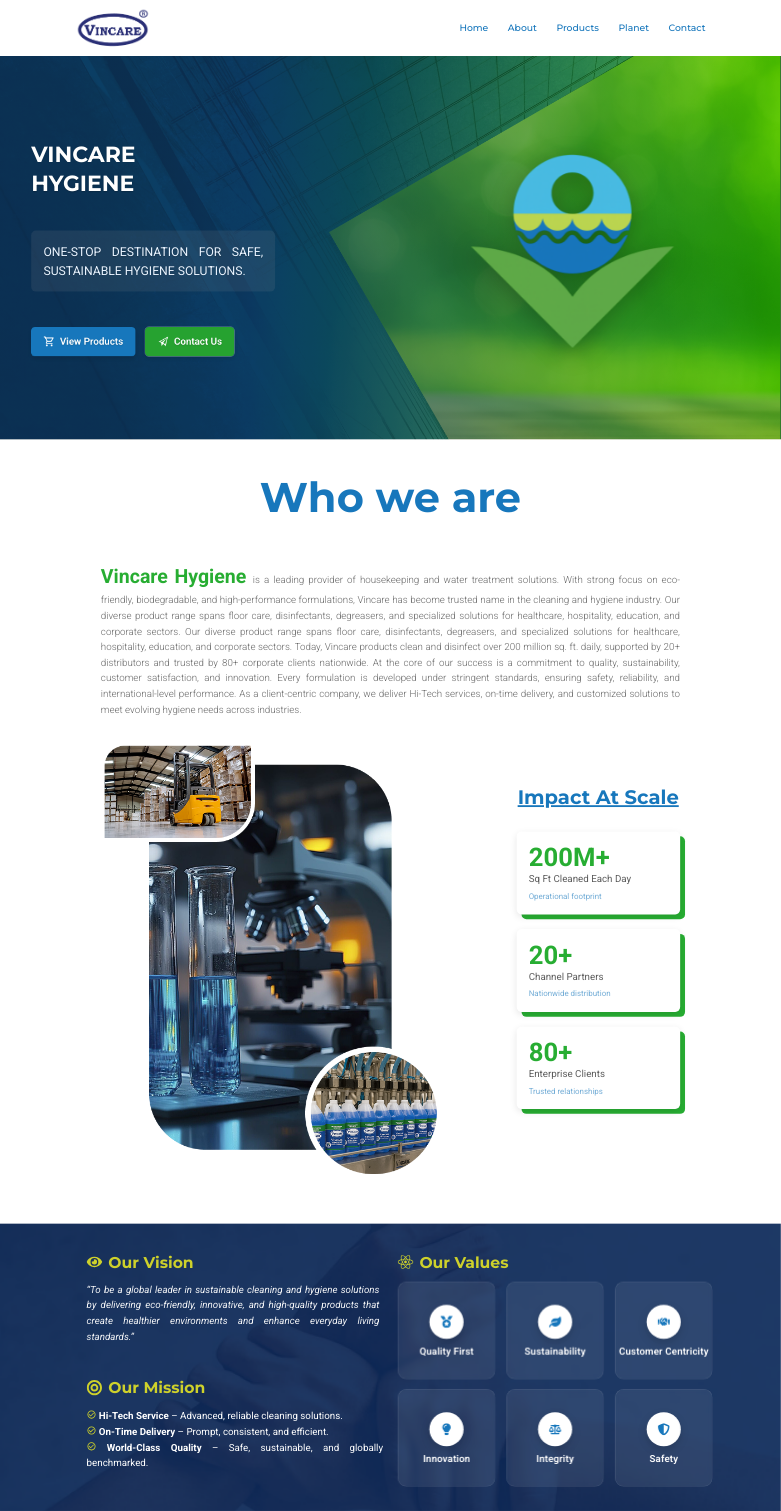
Repository: Yeshwanth-189/vincare
Page: / (app in vincare-frontend/)
These files come from the project's save history. The page is drawn as it stood at one moment and after the next save; the edit follows.
The browser window is 1280 px wide. The pictures show the whole page, at 61% of full size.
The project was rebuilt for these pictures with package versions that can differ from the ones it lists, and the page was loaded fresh each time. Also part of the build but not shown: vincare-frontend/vite.config.js.

Above is the page before, as saved 2025-09-20 18:52:40.

### vincare-frontend/index.html
<!DOCTYPE html>
<html lang="en">
  <head>
    <meta charset="UTF-8" />
    <link rel="preconnect" href="https://fonts.googleapis.com" />
    <link rel="preconnect" href="https://fonts.gstatic.com" crossorigin />
    <link rel="icon" type="image/svg+xml" href="/Vincare-Logo.png" />
    <link
      href="https://fonts.googleapis.com/css2?family=Lato:ital,wght@0,100;0,300;0,400;0,700;0,900;1,100;1,300;1,400;1,700;1,900&family=Montserrat:ital,wght@0,100..900;1,100..900&family=Roboto:ital,wght@0,100..900;1,100..900&display=swap"
      rel="stylesheet"
    />
    <meta name="viewport" content="width=device-width, initial-scale=1.0" />
    <title>Vincare Hygiene</title>
  </head>
  <body>
    <div id="root"></div>
    <script type="module" src="/src/main.jsx"></script>
  </body>
</html>

### vincare-frontend/src/App.jsx
import "./App.css";
import Vincare from "./components/Vincare";
import { BrowserRouter as Router, Routes, Route } from "react-router-dom";

function App() {
  return (
    <>
      <Router>
        <Routes>
          <Route path="/" element={<Vincare />} />
        </Routes>
      </Router>
    </>
  );
}

export default App;

### vincare-frontend/src/App.css
:root {
  /* Brand Colors */
  --color-primary: #1777bc; /* Dark Navy Blue */
  --color-secondary: rgb(39, 173, 50); /* Professional Light Blue */

  /* Backgrounds */
  --color-bg: #ffffff;
  --color-bg-light: #f5f5f5;

  /* Neutral Grays */
  --color-gray-dark: #333333;
  --color-gray-mid: #666666;
  --color-gray-light: #f5f5f5;

  /* Status Colors */
  --color-success: #2e7d32;
  --color-warning: #ed6c02;
  --color-error: #d32f2f;

  /* Typography */
  --font-heading: "Montserrat", serif;
  --font-body: "Roboto", sans-serif;

  /* Font Sizes (scalable for responsive design) */
  --text-h1: 2.5rem;
  --text-h2: 2rem;
  --text-h3: 1.5rem;
  --text-body: 1rem;
  --text-small: 0.875rem;

  /* Spacing (consistent padding/margin system) */
  --space-xs: 4px;
  --space-sm: 8px;
  --space-md: 16px;
  --space-lg: 24px;
  --space-xl: 32px;

  /* Border Radius */
  --radius-sm: 4px;
  --radius-md: 8px;
  --radius-lg: 16px;

  /* Shadows */
  --shadow-sm: 0 1px 2px rgba(0, 0, 0, 0.05);
  --shadow-md: 0 4px 6px rgba(0, 0, 0, 0.1);
  --shadow-lg: 0 10px 15px rgba(0, 0, 0, 0.15);
}

html,
body {
  margin: 0;
  padding: 0;
}
* {
  box-sizing: border-box;
}
/* Base Typography */
body {
  font-family: var(--font-body);
  font-size: var(--text-body);
  color: var(--color-gray-dark);
  background-color: var(--color-bg);
  margin: 0;
  padding: 0;
}

h1,
h2,
h3,
h4,
h5,
h6 {
  font-family: var(--font-heading);
  color: var(--color-primary);
  margin: 0 0 var(--space-md);
}

p {
  margin: 0 0 var(--space-md);
  color: var(--color-gray-mid);
}

### vincare-frontend/src/components/Vincare.jsx
import React from "react";
import NavBar from "../components/Navbar";
import Hero from "../components/Hero";
import About from "../components/About";
// import Services from "../components/Services";
// import Projects from "../components/Projects";
// import Courses from "../components/Courses";
// import Blogs from "../components/Blogs";
// import Contact from "../components/Contact";
// import Footer from "../components/Footer";

function Vincare() {
  return (
    <>
      <NavBar />
      <section id="home">
        <Hero />
      </section>
      <section id="about">
        <About />
      </section>
      {/* <section id="services">
        <Services />
      </section>
      <section id="courses">
        <Courses />
      </section>
      <section id="projects">
        <Projects />
      </section>
      <section id="blogs">
        <Blogs />
      </section>
      <section id="contact">
        <Contact />
      </section>
      <Footer /> */}
    </>
  );
}

export default Vincare;

### vincare-frontend/src/components/Navbar.jsx
import React, { useState } from "react";
import { Link as ScrollLink } from "react-scroll";
import "../styles/Navbar.css";
import VincareLogo from "../assets/Vincare-Logo.png";
import VincareWordLogo from "../assets/Vincare-Word-Logo.png";

function Navbar() {
  const [isOpen, setIsOpen] = useState(false);

  return (
    <nav className="navbar">
      <div className="navbar-grid">
        <div className="col-1" />

        <div className="col-2to11 navbar-content">
          <div className="navbar-logo">
            <img
              alt="logo"
              className="navbar-word-logo-image"
              src={VincareWordLogo}
            />
            <div className="hamburger" onClick={() => setIsOpen(!isOpen)}>
              <span className={isOpen ? "bar rotate-top" : "bar"}></span>
              <span className={isOpen ? "bar fade" : "bar"}></span>
              <span className={isOpen ? "bar rotate-bottom" : "bar"}></span>
            </div>
          </div>

          {/* Smooth Scrolling Links */}
          <div className={`navbar-links ${isOpen ? "open" : ""}`}>
            <ScrollLink
              to="home"
              smooth={true}
              duration={700}
              onClick={() => setIsOpen(false)}
            >
              Home
            </ScrollLink>
            <ScrollLink
              to="about"
              smooth={true}
              duration={700}
              onClick={() => setIsOpen(false)}
            >
              About
            </ScrollLink>
            <ScrollLink
              to="services"
              smooth={true}
              duration={700}
              onClick={() => setIsOpen(false)}
            >
              Products
            </ScrollLink>
            <ScrollLink
              to="courses"
              smooth={true}
              duration={700}
              onClick={() => setIsOpen(false)}
            >
              Planet
            </ScrollLink>
            <ScrollLink
              to="contact"
              smooth={true}
              duration={700}
              onClick={() => setIsOpen(false)}
            >
              Contact
            </ScrollLink>
          </div>
        </div>

        <div className="col-12" />
      </div>
    </nav>
  );
}

export default Navbar;

### vincare-frontend/src/components/About.jsx
/* eslint-disable no-unused-vars */
// src/components/WhoWeAreSection.jsx
import React, { useEffect, useRef, useState } from "react";
// eslint-disable-next-line no-unused-vars
import { motion, useInView } from "framer-motion";
import { FaEye } from "react-icons/fa";
import AboutBg from "../assets/About-bg-bg.png";
import "../styles/About.css";
import {
  FaBullseye,
  FaCogs,
  FaClock,
  FaAward,
  FaLeaf,
  FaHandshake,
  FaLightbulb,
  FaShieldAlt,
  FaMedal,
  FaBalanceScale,
  FaReact,
} from "react-icons/fa";
import { MdCheckCircleOutline } from "react-icons/md";
import BandBg from "../assets/hands.png";

/**
 * WhoWeAreSection
 * - 12‑column grid with 1 & 12 as gutters
 * - Heading centered with float‑up animation
 * - Left (cols 2‑7): Our Story + Vision block (image + text)
 * - Right (cols 8‑11): Three metric cards with 3D pop + count‑up
 *
 * Props (all optional):
 * - visionImg: string (image URL for the Vision block)
 */
export default function WhoWeAreSection({ storyImg = AboutBg }) {
  const rootRef = useRef(null);
  const inView = useInView(rootRef, { once: true, margin: "-80px" });

  // --- Count‑up hook
  const useCountUp = (
    target,
    opts = { duration: 1800, prefix: "", suffix: "" }
  ) => {
    // eslint-disable-next-line no-unused-vars
    const { duration, prefix, suffix } = opts;
    const [value, setValue] = useState(0);
    const started = useRef(false);
    const raf = useRef(0);

    const start = () => {
      if (started.current) return;
      started.current = true;
      const startTs = performance.now();
      const step = (now) => {
        const t = Math.min(1, (now - startTs) / duration);
        const eased = 1 - Math.pow(1 - t, 3); // easeOutCubic
        setValue(Math.floor(eased * target));
        if (t < 1) raf.current = requestAnimationFrame(step);
      };
      raf.current = requestAnimationFrame(step);
    };

    useEffect(() => () => cancelAnimationFrame(raf.current), []);

    return [value, start];
  };

  // Metrics
  const [sqft, startSqft] = useCountUp(200_000_000, { duration: 1800 });
  const [partners, startPartners] = useCountUp(20, { duration: 1200 });
  const [clients, startClients] = useCountUp(80, { duration: 1200 });

  useEffect(() => {
    if (inView) {
      startSqft();
      startPartners();
      startClients();
    }
  }, [inView]);

  // Format helpers
  const formatCompact = (n) => {
    if (n >= 1_000_000_000) return `${Math.round(n / 1_000_000_000)}B`;
    if (n >= 1_000_000) return `${Math.round(n / 1_000_000)}M`;
    if (n >= 1_000) return `${Math.round(n / 1_000)}K`;
    return `${n}`;
  };

  const values = [
    { icon: FaMedal, label: "Quality First" },
    { icon: FaLeaf, label: "Sustainability" },
    { icon: FaHandshake, label: "Customer Centricity" },
    { icon: FaLightbulb, label: "Innovation" },
    { icon: FaBalanceScale, label: "Integrity" },
    { icon: FaShieldAlt, label: "Safety" },
  ];

  return (
    <>
      <section className="who grid-12" ref={rootRef}>
        {/* Centered heading */}
        <motion.h2
          className="who__title"
          initial={{ y: 24, opacity: 0 }}
          animate={inView ? { y: 0, opacity: 1 } : {}}
          transition={{ type: "spring", stiffness: 110, damping: 14 }}
        >
          Who we are
        </motion.h2>

        <motion.p
          className="who__intro"
          initial={{ y: 20, opacity: 0 }}
          whileInView={{ y: 0, opacity: 1 }}
          viewport={{ once: true }}
          transition={{ type: "spring", stiffness: 100, damping: 16 }}
        >
          <span className="who__highlight">Vincare Hygiene</span> is a leading
          provider of housekeeping and water treatment solutions. With strong
          focus on eco-friendly, biodegradable, and high-performance
          formulations, Vincare has become trusted name in the cleaning and
          hygiene industry. Our diverse product range spans floor care,
          disinfectants, degreasers, and specialized solutions for healthcare,
          hospitality, education, and corporate sectors. Our diverse product
          range spans floor care, disinfectants, degreasers, and specialized
          solutions for healthcare, hospitality, education, and corporate
          sectors. Today, Vincare products clean and disinfect over 200 million
          sq. ft. daily, supported by 20+ distributors and trusted by 80+
          corporate clients nationwide. At the core of our success is a
          commitment to quality, sustainability, customer satisfaction, and
          innovation. Every formulation is developed under stringent standards,
          ensuring safety, reliability, and international-level performance. As
          a client-centric company, we deliver Hi-Tech services, on-time
          delivery, and customized solutions to meet evolving hygiene needs
          across industries.
        </motion.p>

        {/* Left column: cols 2-7 */}
        <motion.div
          className="who__left"
          initial={{ y: 28, opacity: 0 }}
          animate={inView ? { y: 0, opacity: 1 } : {}}
          transition={{
            type: "spring",
            stiffness: 90,
            damping: 16,
            delay: 0.05,
          }}
        >
          <div className="who__storyImage">
            <img src={storyImg} alt="Our Story" loading="lazy" />
          </div>
        </motion.div>

        {/* Right column: cols 8-11 */}
        <motion.aside
          className="who__right"
          initial={{ y: 32, opacity: 0 }}
          animate={inView ? { y: 0, opacity: 1 } : {}}
          transition={{
            type: "spring",
            stiffness: 90,
            damping: 16,
            delay: 0.1,
          }}
        >
          <motion.h3
            className="who__right_head"
            initial={{ y: 24, opacity: 0 }}
            animate={inView ? { y: 0, opacity: 1 } : {}}
            transition={{ type: "spring", stiffness: 110, damping: 14 }}
          >
            Impact At Scale
          </motion.h3>
          <MetricCard
            label="sq ft cleaned each day"
            headline={`${formatCompact(sqft)}+`}
            caption="Operational footprint"
          />
          <MetricCard
            label="channel partners"
            headline={`${formatCompact(partners)}+`}
            caption="Nationwide distribution"
          />
          <MetricCard
            label="enterprise clients"
            headline={`${formatCompact(clients)}+`}
            caption="Trusted relationships"
          />
        </motion.aside>
      </section>
      <motion.section
        className="who__band grid-12"
        style={{ "--band-bg": `url(${BandBg})` }}
        initial={{ y: 24, opacity: 0 }}
        whileInView={{ y: 0, opacity: 1 }}
        viewport={{ once: true, amount: 0.2 }}
        transition={{ type: "spring", stiffness: 100, damping: 16 }}
      >
        {/* Left column: 2-6 */}
        <div className="who__bandLeft">
          <h3 className="band__eyeline">
            <FaEye className="band__icon" />
            Our Vision
          </h3>
          <p className="band__para">
            “To be a global leader in sustainable cleaning and hygiene solutions
            by delivering eco-friendly, innovative, and high-quality products
            that create healthier environments and enhance everyday living
            standards.”
          </p>

          <h3 className="band__subhead">
            <FaBullseye className="band__icon" />
            Our Mission
          </h3>
          <div className="band__bullets">
            <div>
              <MdCheckCircleOutline className="band__bulletIcon" />{" "}
              <strong>Hi-Tech Service</strong> – Advanced, reliable cleaning
              solutions.
            </div>
            <div>
              <MdCheckCircleOutline className="band__bulletIcon" />{" "}
              <strong>On-Time Delivery</strong> – Prompt, consistent, and
              efficient.
            </div>
            <div>
              <MdCheckCircleOutline className="band__bulletIcon" />{" "}
              <strong>World-Class Quality</strong> – Safe, sustainable, and
              globally benchmarked.
            </div>
          </div>
        </div>

        {/* Right column: 7-11 */}
        <div className="who__bandRight">
          <h3 className="band__eyeline">
            <FaReact className="band__icon" />
            Our Values
          </h3>
          <div className="band__valuesGrid">
            {values.map(({ icon: Icon, label }) => (
              <div className="valueItem" key={label}>
                <div className="valueIconWrap">
                  <Icon className="valueIcon" />
                </div>
                <span className="valueLabel">{label}</span>
              </div>
            ))}
          </div>
        </div>
      </motion.section>
    </>
  );
}

// Metric card with subtle 3D effect
function MetricCard({ headline, label, caption }) {
  return (
    <motion.div
      className="metric"
      whileHover={{ y: -6, rotateX: 0 }}
      initial={{ rotateX: 12, opacity: 0, y: 12 }}
      whileInView={{ rotateX: 0, opacity: 1, y: 0 }}
      viewport={{ once: true, amount: 0.3 }}
      transition={{ type: "spring", stiffness: 110, damping: 12 }}
    >
      <div className="metric__bg" aria-hidden />
      <div className="metric__inner">
        <div className="metric__value">{headline}</div>
        <div className="metric__label">{label}</div>
        <div className="metric__caption">{caption}</div>
      </div>
    </motion.div>
  );
}

### vincare-frontend/src/styles/Navbar.css
.navbar {
  position: fixed;
  width: 100%;
  background-color: var(--color-bg);
  z-index: 999;
  padding: 1% 0 1%;
}

.navbar-grid {
  display: grid;
  grid-template-columns: repeat(12, 1fr);
  align-items: center;
  max-width: 1400px;
  margin: 0 auto;
  padding: 0 20px;
}

.col-1 {
  grid-column: 1 / 2;
}

.col-2to11 {
  grid-column: 2 / 12;
  display: flex;
  justify-content: space-between;
  align-items: center;
}

.col-12 {
  display: none;
}

/* Left: Logo */
.navbar-logo {
  font-family: "Montserrat", serif;
  font-size: 1.3rem;
  color: var(--color-primary);
  display: flex;
  justify-content: flex-start;
  align-items: flex-start;
  width: 100%;
}

.navbar-logo-image {
  width: 8%;
}
.navbar-word-logo-image {
  width: 20%;
}
.primary {
  color: #0a2540;
}

.secondary {
  color: #51ba31;
}

/* Right: Links */
.navbar-links {
  display: flex;
  gap: 32px;
  font-family: "Montserrat", serif;
  font-size: 0.95rem;
}

.navbar-links a {
  color: var(--color-primary);
  text-decoration: none;
  transition: color 0.3s ease;
  position: relative;
}

.navbar-links a:hover {
  color: var(--color-secondary);
  cursor: pointer;
}

.navbar-links a::after {
  content: "";
  display: block;
  height: 2px;
  width: 0;
  background-color: var(--color-secondary);
  transition: width 0.3s ease;
  position: absolute;
  bottom: -4px;
  left: 0;
}

.navbar-links a:hover::after {
  width: 100%;
}
.hamburger {
  display: none;
  flex-direction: column;
  justify-content: center;
  align-items: flex-end;
  gap: 5px;
  margin-left: auto;
  cursor: pointer;
  z-index: 1000;
}

.bar {
  width: 22px;
  height: 3px;
  background-color: #0a2540;
  transition: all 0.3s ease;
}

.rotate-top {
  transform: rotate(45deg) translateY(8px);
}

.fade {
  opacity: 0;
}

.rotate-bottom {
  transform: rotate(-45deg) translateY(-8px);
}

/* Responsive */
@media screen and (max-width: 768px) {
  .navbar-grid {
    grid-template-columns: 1fr;
  }

  .col-2to11 {
    flex-direction: column;
    gap: 14px;
    grid-column: span 12;
  }

  .navbar-logo {
    font-size: 1.1rem;
  }

  .navbar-logo-image {
    width: 10%;
    padding-top: 3%;
  }

  .navbar-word-logo-image {
    width: 20%;
    padding-top: 3%;
    padding-bottom: 3%;
  }

  .navbar-links {
    flex-direction: column;
    gap: 12px;
  }
  @media screen and (max-width: 768px) {
    .hamburger {
      margin-top: 5%;
      display: flex;
    }
    .navbar {
      top: 0;
      border-bottom: 1px solid #0a2540;
    }

    .navbar-links {
      display: none;
      flex-direction: column;
      gap: 16px;
      margin-top: 1rem;
      width: 100%;
    }

    .navbar-links.open {
      display: flex;
      animation: fadeIn 0.3s ease-in-out;
    }
  }

  @keyframes fadeIn {
    from {
      opacity: 0;
      transform: translateY(-10px);
    }
    to {
      opacity: 1;
      transform: translateY(0);
    }
  }
}

Loaded but not shown: vincare-frontend/src/main.jsx (common file); vincare-frontend/src/index.css (common file); vincare-frontend/src/styles/About.css (396 lines, source omitted); vincare-frontend/src/styles/Hero.css (174 lines, source omitted); vincare-frontend/src/components/Hero.jsx (131 lines, source omitted)

After the next save:
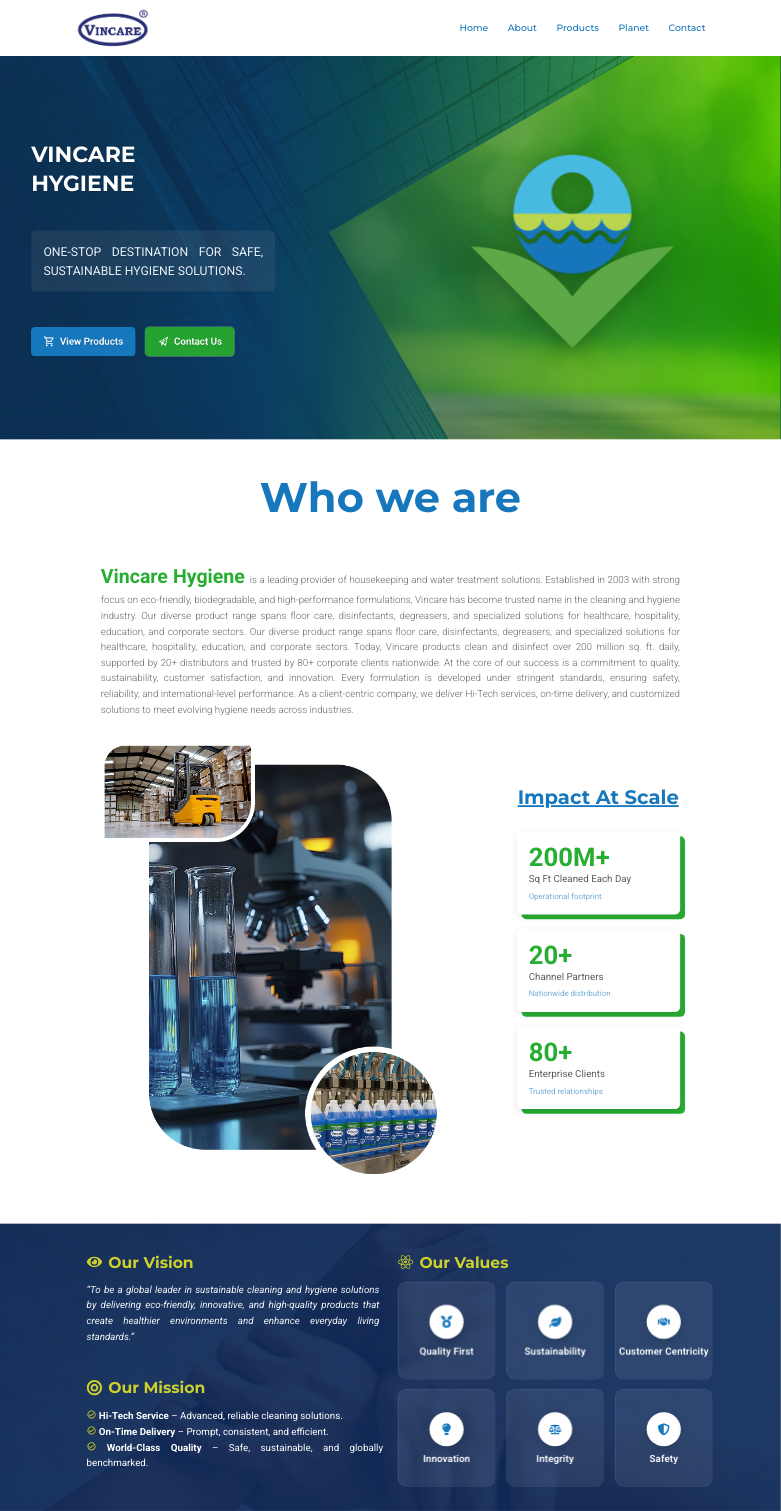
Saved 26 s later.
--- a/vincare-frontend/src/components/About.jsx
+++ b/vincare-frontend/src/components/About.jsx
@@ -116,17 +116,17 @@
           transition={{ type: "spring", stiffness: 100, damping: 16 }}
         >
           <span className="who__highlight">Vincare Hygiene</span> is a leading
-          provider of housekeeping and water treatment solutions. With strong
-          focus on eco-friendly, biodegradable, and high-performance
-          formulations, Vincare has become trusted name in the cleaning and
-          hygiene industry. Our diverse product range spans floor care,
-          disinfectants, degreasers, and specialized solutions for healthcare,
-          hospitality, education, and corporate sectors. Our diverse product
-          range spans floor care, disinfectants, degreasers, and specialized
-          solutions for healthcare, hospitality, education, and corporate
-          sectors. Today, Vincare products clean and disinfect over 200 million
-          sq. ft. daily, supported by 20+ distributors and trusted by 80+
-          corporate clients nationwide. At the core of our success is a
+          provider of housekeeping and water treatment solutions. Established in
+          2003 with strong focus on eco-friendly, biodegradable, and
+          high-performance formulations, Vincare has become trusted name in the
+          cleaning and hygiene industry. Our diverse product range spans floor
+          care, disinfectants, degreasers, and specialized solutions for
+          healthcare, hospitality, education, and corporate sectors. Our diverse
+          product range spans floor care, disinfectants, degreasers, and
+          specialized solutions for healthcare, hospitality, education, and
+          corporate sectors. Today, Vincare products clean and disinfect over
+          200 million sq. ft. daily, supported by 20+ distributors and trusted
+          by 80+ corporate clients nationwide. At the core of our success is a
           commitment to quality, sustainability, customer satisfaction, and
           innovation. Every formulation is developed under stringent standards,
           ensuring safety, reliability, and international-level performance. As
